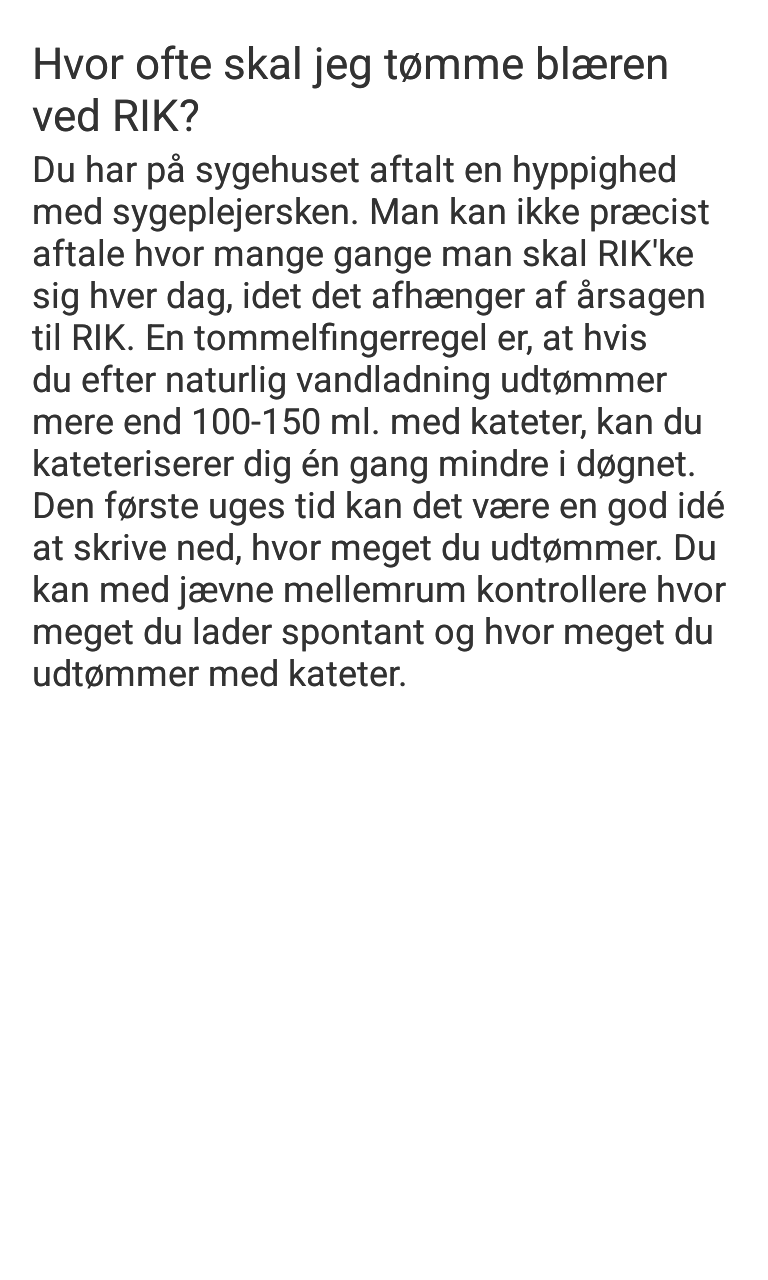
Repository: KingApollo/RIKapp2
Layout: RIKapp/res/layout/activity_information.xml
These files come from the project's save history. The layout is drawn as it stood at one moment and after the next save; the edit follows.
It is drawn on a 768 x 1280 px phone screen (xhdpi) without system bars, with theme android:Theme.Light.NoTitleBar; the app's code is not run.

Above is the layout before, as saved 2014-10-10 09:00:37.

After the next save:
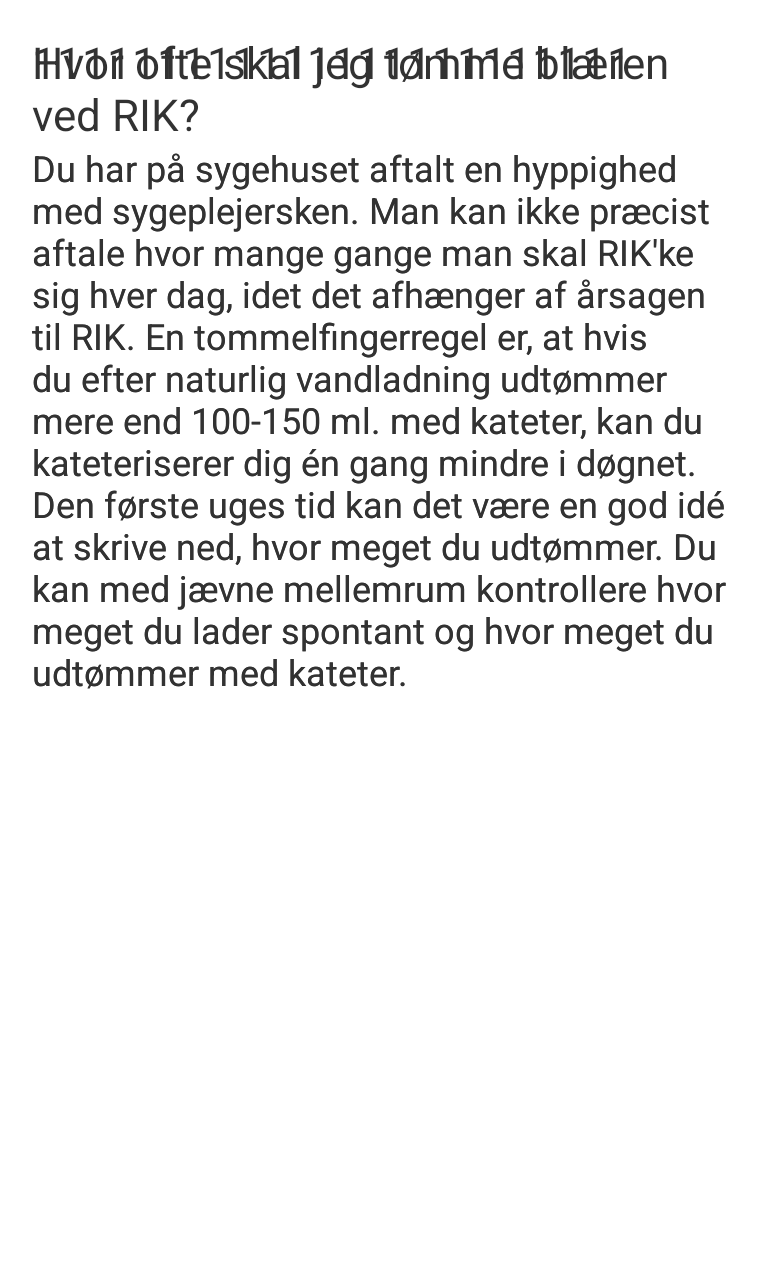
Saved 38 s later.
--- a/RIKapp/res/layout/activity_information.xml
+++ b/RIKapp/res/layout/activity_information.xml
@@ -35,7 +35,7 @@
 
     <!-- Clickable title -->
 <TextView   android:id="@+id/tvTestQuestion"
-            android:text="@string/howOftenQuestion"
+            android:text="@string/test1"
             android:textSize="22sp"
             android:clickable="true"
             android:onClick="toggle_contents"
